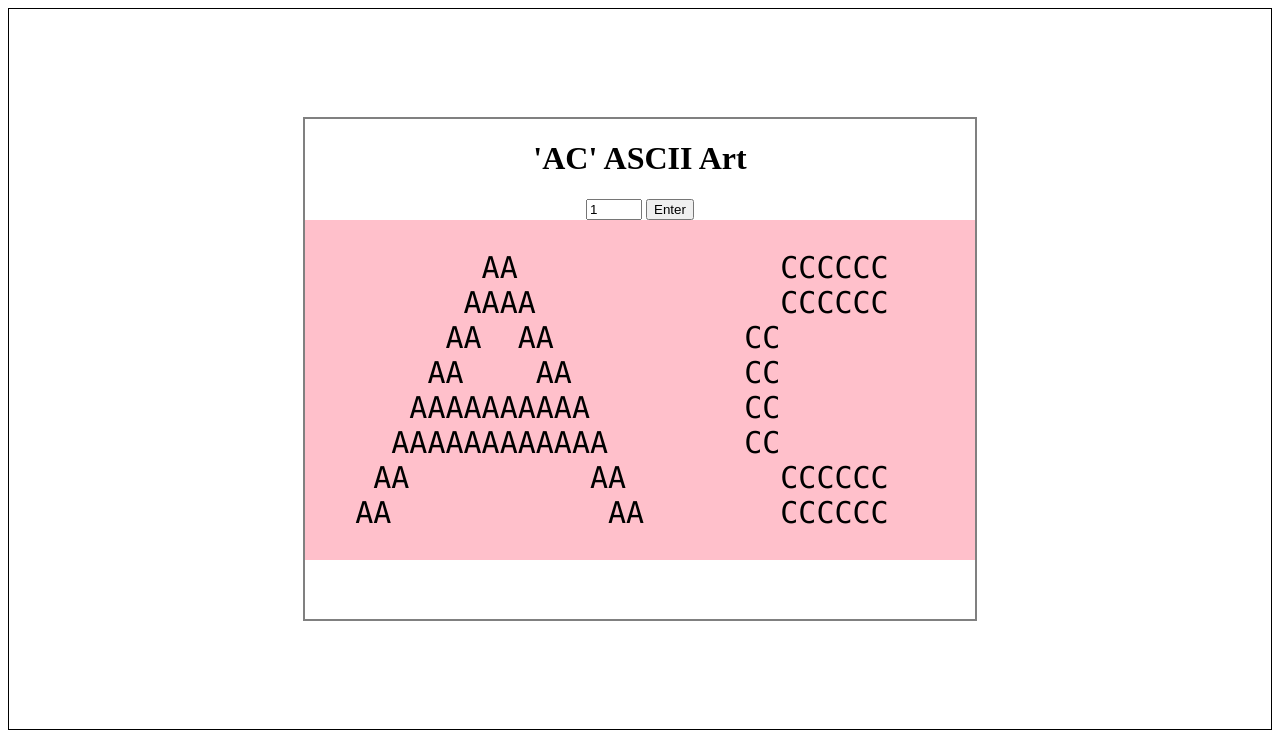
Repository: Achorn/ascii-art
Page: index.html
The author's editor kept a copy of each file at every save. The page is drawn from the files as they stood at one save, then again after the next save.
The browser window is 1280 px wide. The pictures show the whole page.

Above is the page before, as saved 2021-08-09 20:40:14.

After the next save:
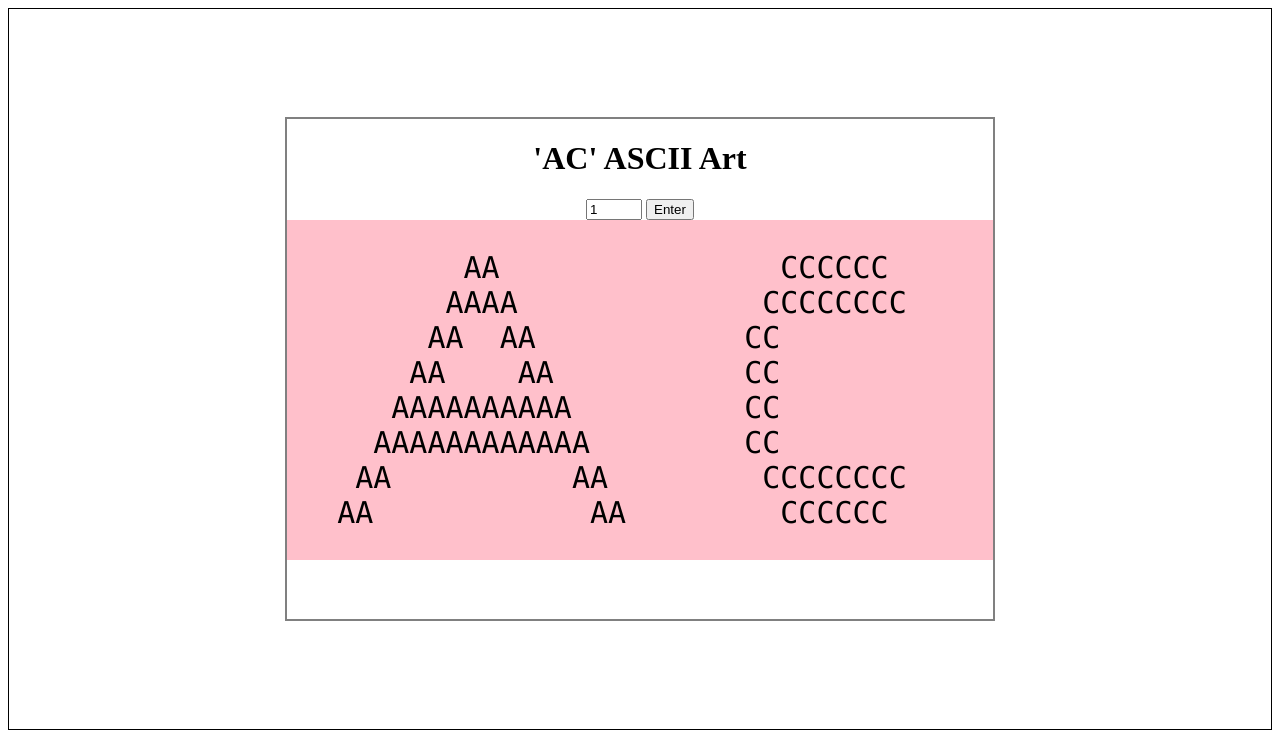
Saved 45 s later.
--- a/myscripts.js
+++ b/myscripts.js
@@ -110,7 +110,6 @@ function trimC(arr, lWidth) {
     //remove i from sides
   }
 }
-function trimC(arr, lWidth) {}
 //GET ELEMENTS
 let monoA = document.getElementById("mono-a");
 let monoC = document.getElementById("mono-c");
